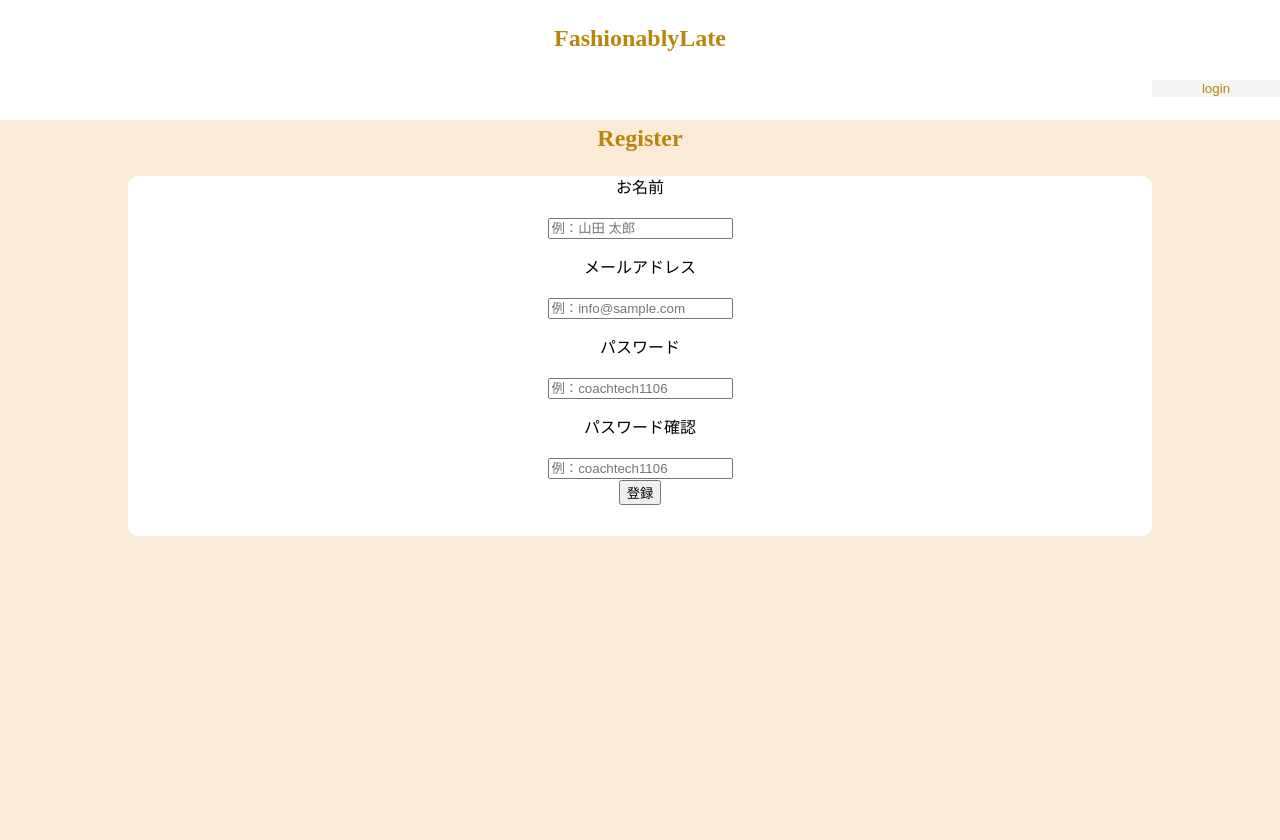
Repository: tokisiro/test-form
Page: http://localhost/register
An editor plug-in stored every save of this project. The page is shown before and after a run of saves, followed by the edit.
The browser window is 1280 px wide. The pictures show the whole page.
The page is served by the project's Laravel application, run on PHP 8.4 with Laravel 8. A made-up administrator, Test User (test@example.com), is signed in. Other server files are loaded and not shown.

Above is the page before, as saved 2025-05-07 20:54:51.

### src/routes/web.php
<?php

use Illuminate\Support\Facades\Route;
use App\Http\Controllers\ContactController;
use App\Http\Controllers\UsersController;
use Laravel\Fortify\Http\Controllers\AuthenticatedSessionController;
use Laravel\Fortify\Http\Controllers\RegisteredUserController;
/*
|--------------------------------------------------------------------------
| Web Routes
|--------------------------------------------------------------------------
|
| Here is where you can register web routes for your application. These
| routes are loaded by the RouteServiceProvider within a group which
| contains the "web" middleware group. Now create something great!
|
*/

Route::get('/',[ContactController::class, 'index']);
Route::post('/confirm',[ContactController::class, 'confirm']);
Route::post('/create',[ContactController::class, 'create']);

Route::post('/admin',[UsersController::class, 'admin']);
Route::get('/register',[UsersController::class, 'register']);




Route::middleware('auth')->group(function () {
    Route::get('/admin', [UsersController::class, 'admin']);
});

### src/app/Models/User.php
<?php

namespace App\Models;

use Illuminate\Contracts\Auth\MustVerifyEmail;
use Illuminate\Database\Eloquent\Factories\HasFactory;
use Illuminate\Foundation\Auth\User as Authenticatable;
use Illuminate\Notifications\Notifiable;
use Laravel\Sanctum\HasApiTokens;

class User extends Authenticatable
{
    use HasApiTokens, HasFactory, Notifiable;
    protected $table = 'users';

    /**
     * The attributes that are mass assignable.
     *
     * @var array<int, string>
     */
    protected $fillable = [
        'name',
        'email',
        'password',
        'remember_token',
    ];

    /**
     * The attributes that should be hidden for serialization.
     *
     * @var array<int, string>
     */
    protected $hidden = [
        'password',
        'remember_token',
    ];

    /**
     * The attributes that should be cast.
     *
     * @var array<string, string>
     */
    protected $casts = [
        'email_verified_at' => 'datetime',
    ];

    public function contacts()
{
    return $this->hasMany(Contact::class);
}
}

### src/app/Http/Controllers/UsersController.php
<?php

namespace App\Http\Controllers;

use App\Models\Category;
use App\Models\Contact;
use App\Models\User;
use Illuminate\Http\Request;
use App\Http\Requests\RegisterUserRequest;

//管理者用
class UsersController extends Controller
{
    public function register(){
        return view('register');
    }
    public function create(RegisterUserRequest $request){
        $form = $request->all();
        User::create($form);
        return view('login');
    }
    public function login(){
        return view('login');
    }
    public function admin(){


        $contacts = Contact::all()->map(function($contact) {
        switch($contact->gender) {
        case 1:
            $contact->gender_text = '男性';
            break;
        case 2:
            $contact->gender_text = '女性';
            break;
        case 3:
            $contact->gender_text = 'その他';
            break;
        default:
            $contact->gender_text = '';
            break;
        }
        // お問い合わせ内容を変換
        switch($contact->category_id) {
        case 1:
            $contact->category_name = '商品のお届けについて';
            break;
        case 2:
            $contact->category_name = '商品の交換について';
            break;
        case 3:
            $contact->category_name = '商品トラブル';
            break;
        case 4:
            $contact->category_name = 'ショップへのお問い合わせ';
            break;
        case 5:
            $contact->category_name = 'その他';
            break;
        default:
            $contact->category_name = '';
            break;
        }
        return $contact;
    });

    // もしももともと contacts がなければ空のコレクションを設定
    if ($contacts->isEmpty()) {
        $contacts = collect();
    }

    // ビューに渡す
    return view('admin', ['contacts' => $contacts]);


    }
}

### src/resources/views/register.blade.php
<!DOCTYPE html>
<html lang="ja">
<head>
    <meta charset="UTF-8">
    <meta http-equiv="X-UA-Compatible" content="IE=edge">
    <meta name="viewport" content="width=device-width, initial-scale=1.0">
    <title>FashionablyLate</title>
    <link rel="stylesheet" href="css/sanitize.css" />
    <link rel="stylesheet" href="css/register.css" />
</head>
<body>
    <!--ユーザー登録ページ-->
    <header class="header">
        <div class="header__inner">
            <a class="header__logo" href="/">
                FashionablyLate
            </a>
        </div>
        <div class="header__button">
            <a  href="/login">
                <button class="header__button-item">
                    login
                </button>
            </a>
        </div>
    </header>
    <main>
        <div class="register-form">
            <div class="register-form__title">
                <h2>Register</h2>
            </div>
            <div class="register-form__content">
                    <div class="register-form__content-item">
                        <form action="/register" method="post">
                            @csrf
                            @if (count($errors) > 0)
                            <ul>
                                @foreach ($errors->all() as $error)
                                    <li>{{$error}}</li>
                                @endforeach
                            </ul>
                        @endif
                        <div class="register-form__content-input">
                            <p>お名前</p>
                            <input type="text" name="name" value="{{ old('name') }}" placeholder="例：山田 太郎">
                        </div>
                        <div class="register-form__content-input">
                            <p>メールアドレス</p>
                            <input type="email" name="email" value="{{ old('email') }}" placeholder="例：info@sample.com">
                        </div>
                        <div class="register-form__content-input">
                            <p>パスワード</p>
                            <input type="password" name="password" placeholder="例：coachtech1106">
                        </div>
                        <div class="register-form__content-input">
                            <p>パスワード確認</p>
                            <input type="password" name="password_confirmation" placeholder="例：coachtech1106">
                        </div>
                            <div class="register-form__button">
                            <button class="register-form__button-submit" type="submit">
                                登録
                            </button>
                        </div>
                        </form>
                    </div>
                <!--ボタン類を記述-->
                </div>
            </div>
        </div>
    </main>
</body>
</html>

### src/public/css/sanitize.css
/* Document
* ========================================================================== */

/**
* Add border box sizing in all browsers (opinionated).
*/

*,
::before,
::after {
    box-sizing: border-box;
}

/**
* 1. Add text decoration inheritance in all browsers (opinionated).
* 2. Add vertical alignment inheritance in all browsers (opinionated).
*/

::before,
::after {
    vertical-align: inherit;
    /* 2 */
    text-decoration: inherit;
    /* 1 */
}

/**
* 1. Use the default cursor in all browsers (opinionated).
* 2. Change the line height in all browsers (opinionated).
* 3. Use a 4-space tab width in all browsers (opinionated).
* 4. Remove the grey highlight on links in iOS (opinionated).
* 5. Prevent adjustments of font size after orientation changes in
*    IE on Windows Phone and in iOS.
* 6. Breaks words to prevent overflow in all browsers (opinionated).
*/

html {
    word-break: break-word;
    /* 6 */
    -moz-tab-size: 4;
    /* 3 */
    tab-size: 4;
    /* 3 */
    line-height: 1.5;
    /* 2 */
    cursor: default;
    /* 1 */

    -webkit-tap-highlight-color: transparent
        /* 4 */
    ;
    -ms-text-size-adjust: 100%;
    /* 5 */
    -webkit-text-size-adjust: 100%;
    /* 5 */
}

/* Sections
* ========================================================================== */

/**
* Remove the margin in all browsers (opinionated).
*/

body {
    margin: 0;
}

/**
* Correct the font size and margin on `h1` elements within `section` and
* `article` contexts in Chrome, Edge, Firefox, and Safari.
*/

h1 {
    margin: 0.67em 0;
    font-size: 2em;
}

/* Grouping content
* ========================================================================== */

/**
* Remove the margin on nested lists in Chrome, Edge, IE, and Safari.
*/

dl dl,
dl ol,
dl ul,
ol dl,
ul dl {
    margin: 0;
}

/**
* Remove the margin on nested lists in Edge 18- and IE.
*/

ol ol,
ol ul,
ul ol,
ul ul {
    margin: 0;
}

/**
* 1. Add the correct sizing in Firefox.
* 2. Show the overflow in Edge 18- and IE.
*/

hr {
    overflow: visible;
    /* 2 */
    height: 0;
    /* 1 */
}

/**
* Add the correct display in IE.
*/

main {
    display: block;
}

/**
* Remove the list style on navigation lists in all browsers (opinionated).
*/

nav ol,
nav ul {
    padding: 0;
    list-style: none;
}

/**
* 1. Correct the inheritance and scaling of font size in all browsers.
* 2. Correct the odd `em` font sizing in all browsers.
*/

pre {
    font-size: 1em;
    /* 2 */
    font-family: monospace, monospace;
    /* 1 */
}

/* Text-level semantics
* ========================================================================== */

/**
* Remove the gray background on active links in IE 10.
*/

a {
    background-color: transparent;
}

/**
* Add the correct text decoration in Edge 18-, IE, and Safari.
*/

abbr[title] {
    text-decoration: underline;
    text-decoration: underline dotted;
}

/**
* Add the correct font weight in Chrome, Edge, and Safari.
*/

b,
strong {
    font-weight: bolder;
}

/**
* 1. Correct the inheritance and scaling of font size in all browsers.
* 2. Correct the odd `em` font sizing in all browsers.
*/

code,
kbd,
samp {
    font-size: 1em;
    /* 2 */
    font-family: monospace, monospace;
    /* 1 */
}

/**
* Add the correct font size in all browsers.
*/

small {
    font-size: 80%;
}

/* Embedded content
* ========================================================================== */

/*
* Change the alignment on media elements in all browsers (opinionated).
*/

audio,
canvas,
iframe,
img,
svg,
video {
    vertical-align: middle;
}

/**
* Add the correct display in IE 9-.
*/

audio,
video {
    display: inline-block;
}

/**
* Add the correct display in iOS 4-7.
*/

audio:not([controls]) {
    display: none;
    height: 0;
}

/**
* Remove the border on iframes in all browsers (opinionated).
*/

iframe {
    border-style: none;
}

/**
* Remove the border on images within links in IE 10-.
*/

img {
    border-style: none;
}

/**
* Change the fill color to match the text color in all browsers (opinionated).
*/

svg:not([fill]) {
    fill: currentColor;
}

/**
* Hide the overflow in IE.
*/

svg:not(:root) {
    overflow: hidden;
}

/* Tabular data
* ========================================================================== */

/**
* Collapse border spacing in all browsers (opinionated).
*/

table {
    border-collapse: collapse;
}

/* Forms
* ========================================================================== */

/**
* Remove the margin on controls in Safari.
*/

button,
input,
select {
    margin: 0;
}

/**
* 1. Show the overflow in IE.
* 2. Remove the inheritance of text transform in Edge 18-, Firefox, and IE.
*/

button {
    overflow: visible;
    /* 1 */
    text-transform: none;
    /* 2 */
}

/**
* Correct the inability to style buttons in iOS and Safari.
*/

button,
[type="button"],
[type="reset"],
[type="submit"] {
    -webkit-appearance: button;
}

/**
* 1. Change the inconsistent appearance in all browsers (opinionated).
* 2. Correct the padding in Firefox.
*/

fieldset {
    padding: 0.35em 0.75em 0.625em;
    /* 2 */
    border: 1px solid #a0a0a0;
    /* 1 */
}

/**
* Show the overflow in Edge 18- and IE.
*/

input {
    overflow: visible;
}

/**
* 1. Correct the text wrapping in Edge 18- and IE.
* 2. Correct the color inheritance from `fieldset` elements in IE.
*/

legend {
    display: table;
    /* 1 */
    max-width: 100%;
    /* 1 */
    color: inherit;
    /* 2 */
    white-space: normal;
    /* 1 */
}

/**
* 1. Add the correct display in Edge 18- and IE.
* 2. Add the correct vertical alignment in Chrome, Edge, and Firefox.
*/

progress {
    display: inline-block;
    /* 1 */
    vertical-align: baseline;
    /* 2 */
}

/**
* Remove the inheritance of text transform in Firefox.
*/

select {
    text-transform: none;
}

/**
* 1. Remove the margin in Firefox and Safari.
* 2. Remove the default vertical scrollbar in IE.
* 3. Change the resize direction in all browsers (opinionated).
*/

textarea {
    overflow: auto;
    /* 2 */
    margin: 0;
    /* 1 */
    resize: vertical;
    /* 3 */
}

/**
* Remove the padding in IE 10-.
*/

[type="checkbox"],
[type="radio"] {
    padding: 0;
}

/**
* 1. Correct the odd appearance in Chrome, Edge, and Safari.
* 2. Correct the outline style in Safari.
*/

[type="search"] {
    outline-offset: -2px;
    /* 2 */

    -webkit-appearance: textfield;
    /* 1 */
}

/**
* Correct the cursor style of increment and decrement buttons in Safari.
*/

::-webkit-inner-spin-button,
::-webkit-outer-spin-button {
    height: auto;
}

/**
* Correct the text style of placeholders in Chrome, Edge, and Safari.
*/

::-webkit-input-placeholder {
    color: inherit;
    opacity: 0.54;
}

/**
* Remove the inner padding in Chrome, Edge, and Safari on macOS.
*/

::-webkit-search-decoration {
    -webkit-appearance: none;
}

/**
* 1. Correct the inability to style upload buttons in iOS and Safari.
* 2. Change font properties to `inherit` in Safari.
*/

::-webkit-file-upload-button {
    font: inherit;
    /* 2 */

    -webkit-appearance: button;
    /* 1 */
}

/**
* Remove the inner border and padding of focus outlines in Firefox.
*/

::-moz-focus-inner {
    padding: 0;
    border-style: none;
}

/**
* Restore the focus outline styles unset by the previous rule in Firefox.
*/

:-moz-focusring {
    outline: 1px dotted ButtonText;
}

/**
* Remove the additional :invalid styles in Firefox.
*/

:-moz-ui-invalid {
    box-shadow: none;
}

/* Interactive
* ========================================================================== */

/*
* Add the correct display in Edge 18- and IE.
*/

details {
    display: block;
}

/*
* Add the correct styles in Edge 18-, IE, and Safari.
*/

dialog {
    position: absolute;
    right: 0;
    left: 0;
    display: block;
    margin: auto;
    padding: 1em;
    width: -moz-fit-content;
    width: -webkit-fit-content;
    width: fit-content;
    height: -moz-fit-content;
    height: -webkit-fit-content;
    height: fit-content;
    border: solid;
    background-color: white;
    color: black;
}

dialog:not([open]) {
    display: none;
}

/*
* Add the correct display in all browsers.
*/

summary {
    display: list-item;
}

/* Scripting
* ========================================================================== */

/**
* Add the correct display in IE 9-.
*/

canvas {
    display: inline-block;
}

/**
* Add the correct display in IE.
*/

template {
    display: none;
}

/* User interaction
* ========================================================================== */

/*
* 1. Remove the tapping delay in IE 10.
* 2. Remove the tapping delay on clickable elements
in all browsers (opinionated).
*/

a,
area,
button,
input,
label,
select,
summary,
textarea,
[tabindex] {
    -ms-touch-action: manipulation;
    /* 1 */
    touch-action: manipulation;
    /* 2 */
}

/**
* Add the correct display in IE 10-.
*/

[hidden] {
    display: none;
}

/* Accessibility
* ========================================================================== */

/**
* Change the cursor on busy elements in all browsers (opinionated).
*/

[aria-busy="true"] {
    cursor: progress;
}

/*
* Change the cursor on control elements in all browsers (opinionated).
*/

[aria-controls] {
    cursor: pointer;
}

/*
* Change the cursor on disabled, not-editable, or otherwise
* inoperable elements in all browsers (opinionated).
*/

[aria-disabled="true"],
[disabled] {
    cursor: not-allowed;
}

/*
* Change the display on visually hidden accessible elements
* in all browsers (opinionated).
*/

[aria-hidden="false"][hidden] {
    display: initial;
}

[aria-hidden="false"][hidden]:not(:focus) {
    position: absolute;
    clip: rect(0, 0, 0, 0);
}

### src/public/css/register.css

.header {
    background-color: white;

}

.header__inner
{
    margin: 0 auto;
    padding: 20px 15px;
    max-width: 1230px;
    text-align: center;
}

.header__logo {
    color: #B8860B;
    text-decoration: none;
    font-weight: bold;
    font-size: 24px;
    font-family: serif;
}

.header__button{
    position: relative;
    text-align: right;
}

.header__button-item{
    color: #B8860B;
    background-color: whitesmoke;
    border: 1px;
    border-color: #B8860B;
    width: 10%;
    cursor: pointer;
}


.register-form {
    background-color: antiquewhite;
    height: 100vh;
    text-align: center;
}

.register-form__title{
    color: #B8860B;
    font-family: serif;
}

.register-form__content{
    background-color: white;
    width: 80%;
    height: 50%;
    margin: 0 auto;
    border-radius: 10px;
}

.register-form__content-input{

}

Loaded but not shown: src/app/Http/Controllers/Controller.php (common file)

After the next 3 saves:
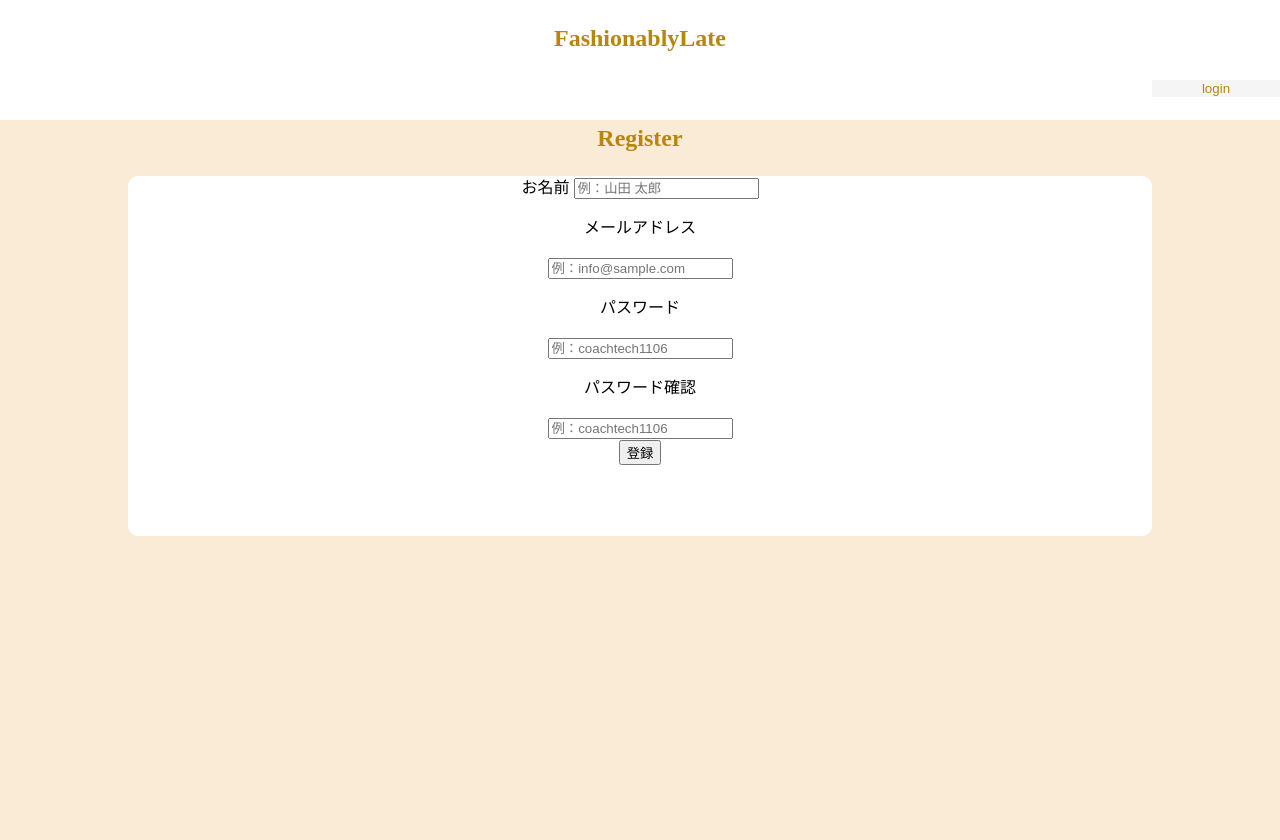
The 3 saves are shown as one change because they came seconds apart.
The last was saved 11 s later.
--- a/src/resources/views/register.blade.php
+++ b/src/resources/views/register.blade.php
@@ -41,7 +41,7 @@
                             </ul>
                         @endif
                         <div class="register-form__content-input">
-                            <p>お名前</p>
+                            <lavel>お名前</lavel>
                             <input type="text" name="name" value="{{ old('name') }}" placeholder="例：山田 太郎">
                         </div>
                         <div class="register-form__content-input">
